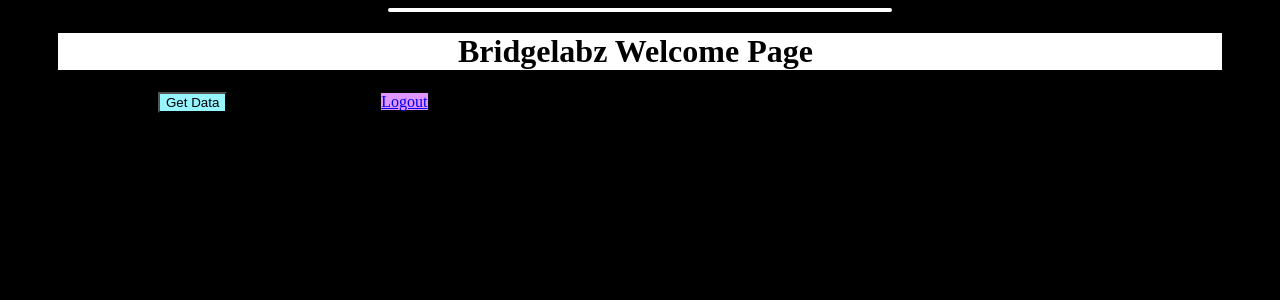
Repository: MarkFernandes11/Advanced-Java
Page: http://localhost/Login/welcome.jsp
These files come from the project's save history. The page is drawn as it stood at one moment and after the next save; the edit follows.
The browser window is 1280 px wide. The pictures show the whole page.
The page is served by Tomcat 9.

Above is the page before, as saved 2019-09-26 12:49:01.

After the next save:
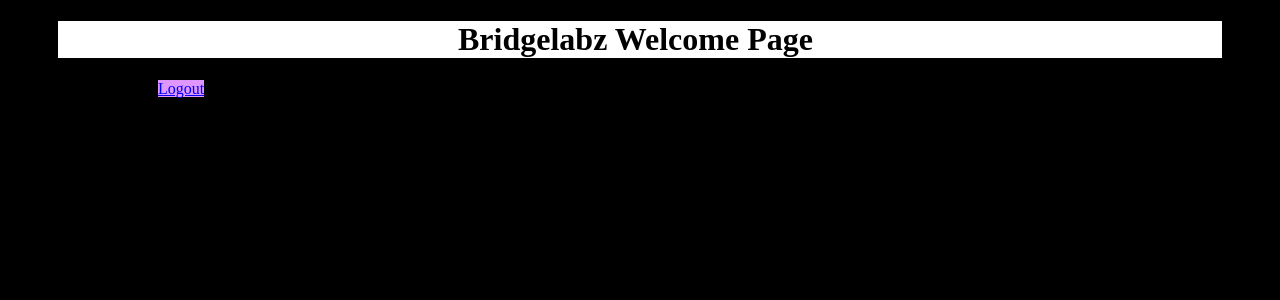
Saved 62 s later.
--- a/Login/WebContent/welcome.jsp
+++ b/Login/WebContent/welcome.jsp
@@ -8,14 +8,11 @@
 <link rel="stylesheet" type="text/css" href="stylesheet.css">
 </head>
 <body>
-	<form action="DisplayUserdata"  method = "post">
-
-	</form>
 	<header>
 			<h1>Bridgelabz Welcome Page</h1>
 	</header>
 
-	<input class="buttonSub" type ="submit" value = "Get Data">
+
 	<a href="login.jsp">Logout</a>
 </body>
 </html>
